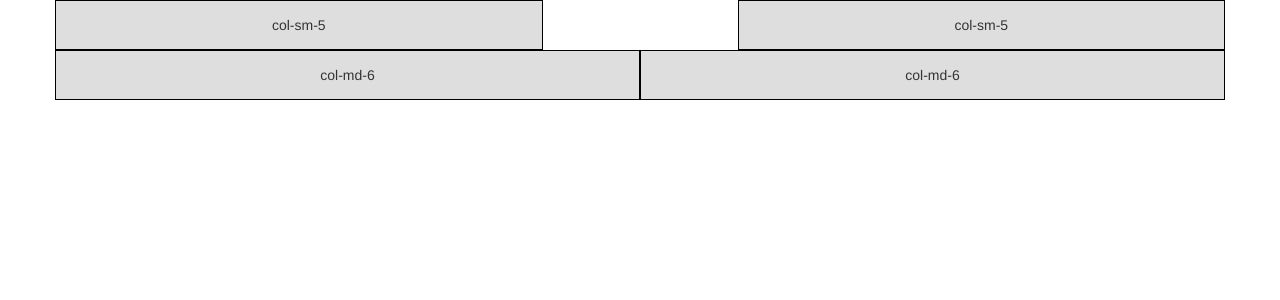
Repository: tsukasanakashima/kadai-tasklist2
Page: bootstrap_lesson.html
The author's editor kept a record of every edit. The page is drawn from the files as they stood at one moment, then again after the next edit.
The browser window is 1280 px wide. The pictures show the whole page.

Above is the page before.

### bootstrap_lesson.html
<!DOCTYPE html>
<html>
    <head>
        <meta charset="utf-8">
        <meta http-equiv="X-UA-Compatible" content="IE=edge">
        <meta name="viewport" content="width=device-width, initial-scale=1">

        <title>Grid System Test</title>

        <!-- Bootstrap CSS-->
        <link rel="stylesheet" href="https://maxcdn.bootstrapcdn.com/bootstrap/3.3.7/css/bootstrap.min.css">
        <!-- jQuery -->
        <script src="https://ajax.googleapis.com/ajax/libs/jquery/1.12.4/jquery.min.js"></script>
        <!-- Bootstrap JavaScript-->
        <script src="https://maxcdn.bootstrapcdn.com/bootstrap/3.3.7/js/bootstrap.min.js"></script>

        <style>
            .row div {
                border: 1px solid #000;
                padding: 1em;
                text-align: center;
                background-color: #dedede;
            }

        </style>

    </head>
    <body>
        <div class="container">
            <div class="row">
                <div class="col-sm-5">col-sm-5</div>
                <div class="col-sm-offset-2 col-sm-5">col-sm-5</div>
                <div class="col-md-6">col-md-6</div>
                <div class="col-md-6">col-md-6</div>
            </div>
        </div>
    </body>
</html>

After the next edit:
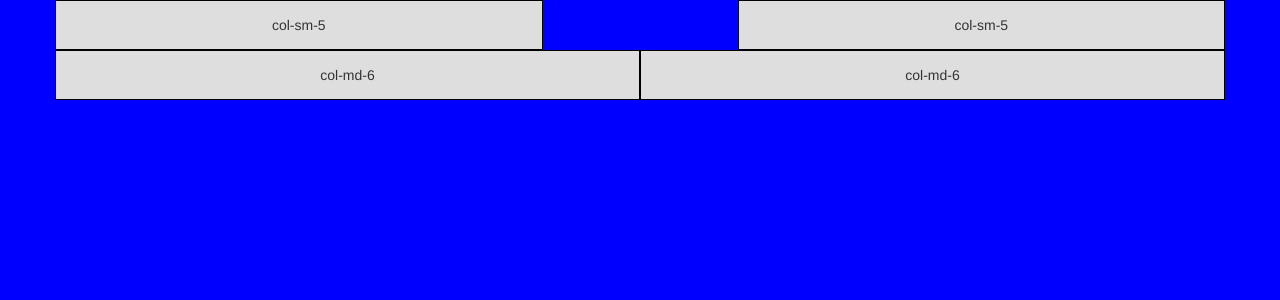
The edit:
--- a/bootstrap_lesson.html
+++ b/bootstrap_lesson.html
@@ -15,6 +15,32 @@
         <script src="https://maxcdn.bootstrapcdn.com/bootstrap/3.3.7/js/bootstrap.min.js"></script>
 
         <style>
+
+  body {
+  background-color: #000;
+}
+
+@media (min-width: 500px) {
+    /* style applied if window's width is 500px or more */
+    body {
+        background-color: #f00;
+    }
+}
+
+@media (min-width: 750px) {
+    /* style applied if window's width is 750px or more */
+    body {
+        background-color: #0f0;
+    }
+}
+
+@media (min-width: 1000px) {
+    /* style applied if window's width is 1000px or more */
+    body {
+        background-color: #00f;
+    }
+}
+
             .row div {
                 border: 1px solid #000;
                 padding: 1em;
